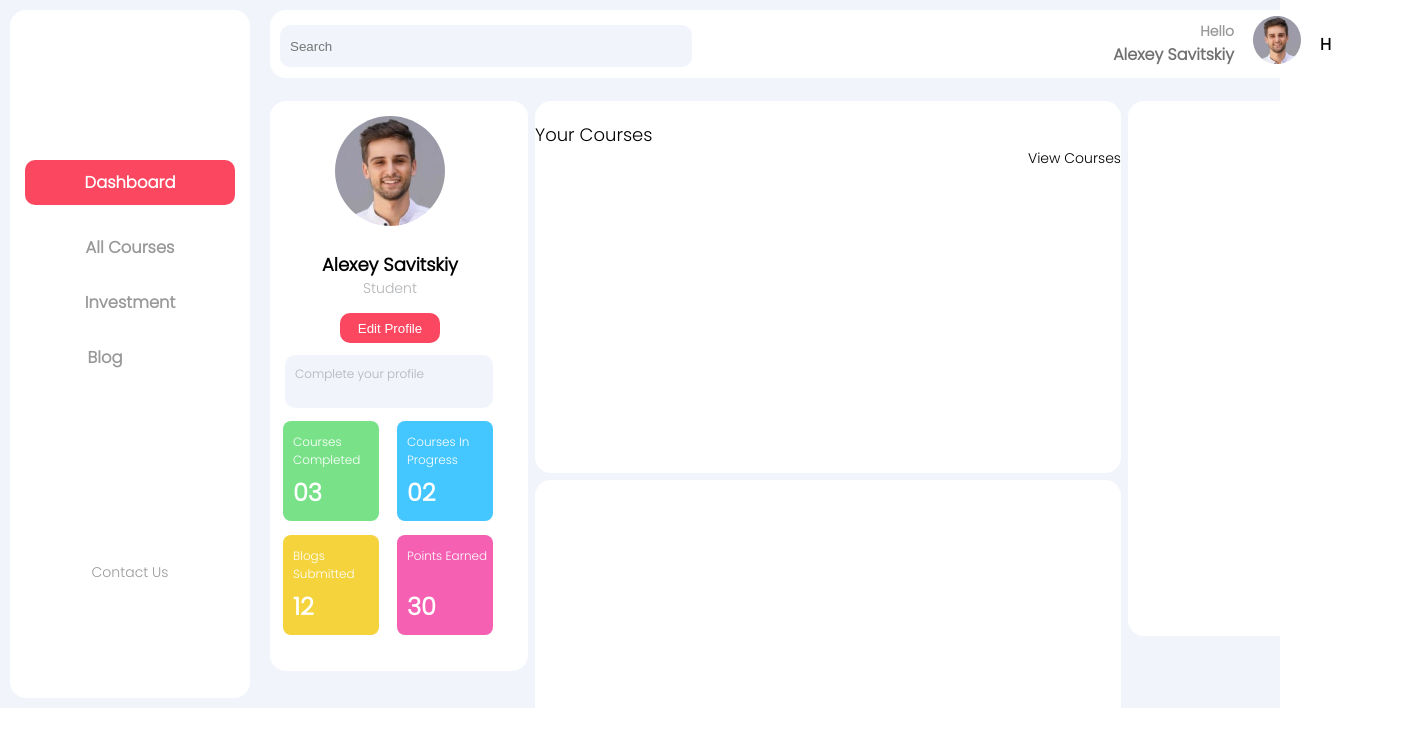
Repository: Anuruddha00/dashboard-design
Page: /
These files come from the project's save history. The page is drawn as it stood at one moment and after the next save; the edit follows.
The browser window is 1280 px wide. The page is 1421 px wide, so the pictures cover 1421 px, including what lies to the right of the window. The pictures show the whole page.
The project was rebuilt for these pictures with package versions that can differ from the ones it lists, and the page was loaded fresh each time.

Above is the page before, as saved 2021-05-07 18:09:56.

After the next save:
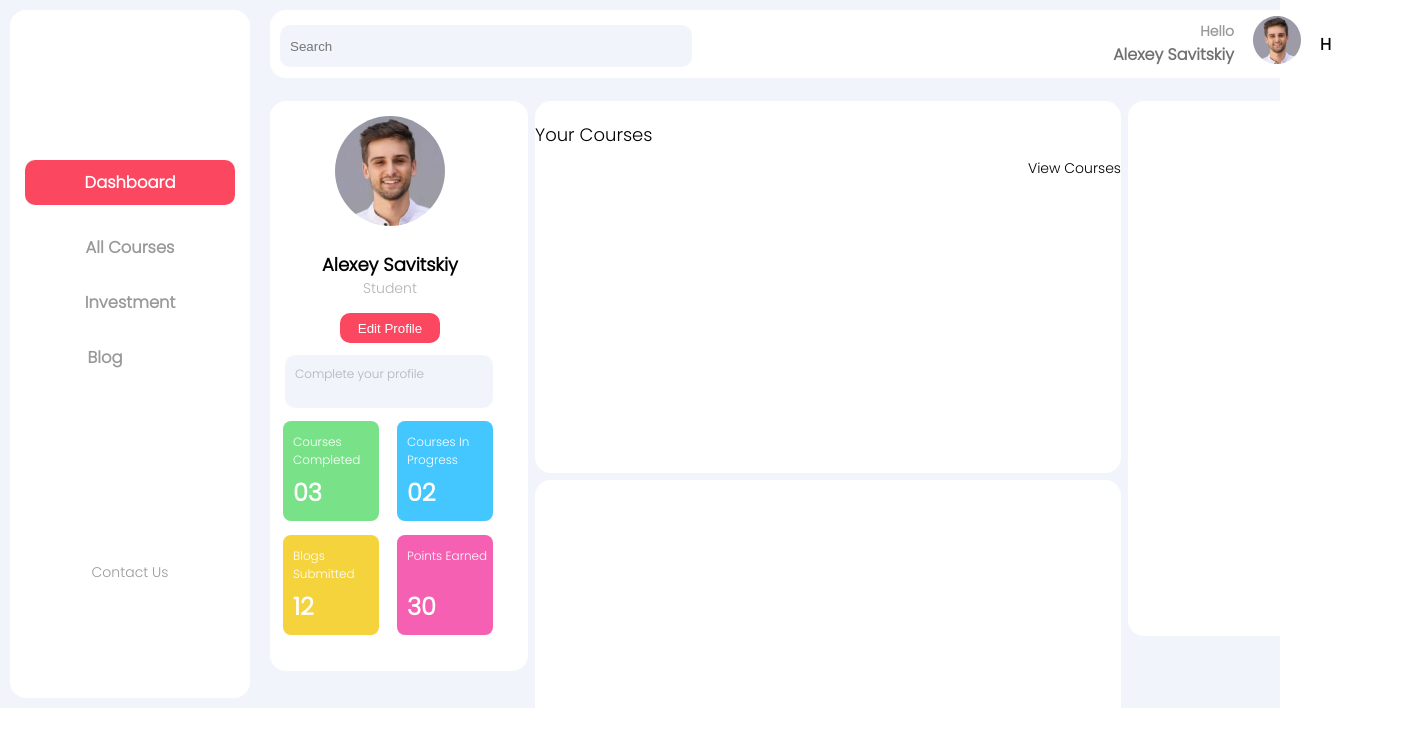
Saved 19 s later.
--- a/src/containers/Dashboard/Dashboard.scss
+++ b/src/containers/Dashboard/Dashboard.scss
@@ -268,6 +268,7 @@
                                 }
                                 &View{
                                     text-align: end;
+                                    padding-top: 10px;
                                 }
                             }
 

After the save that followed:
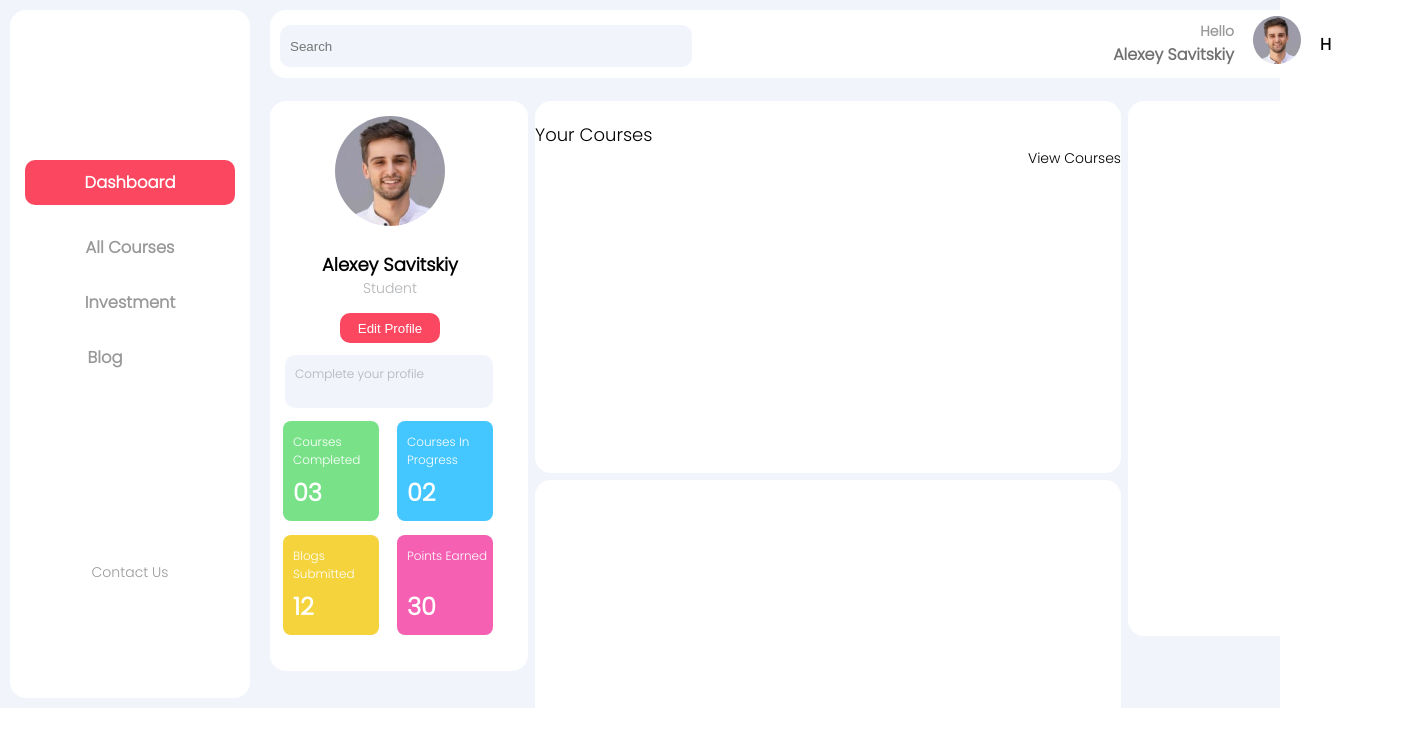
Saved 6 s later.
--- a/src/containers/Dashboard/Dashboard.scss
+++ b/src/containers/Dashboard/Dashboard.scss
@@ -268,7 +268,7 @@
                                 }
                                 &View{
                                     text-align: end;
-                                    padding-top: 10px;
+
                                 }
                             }
 
